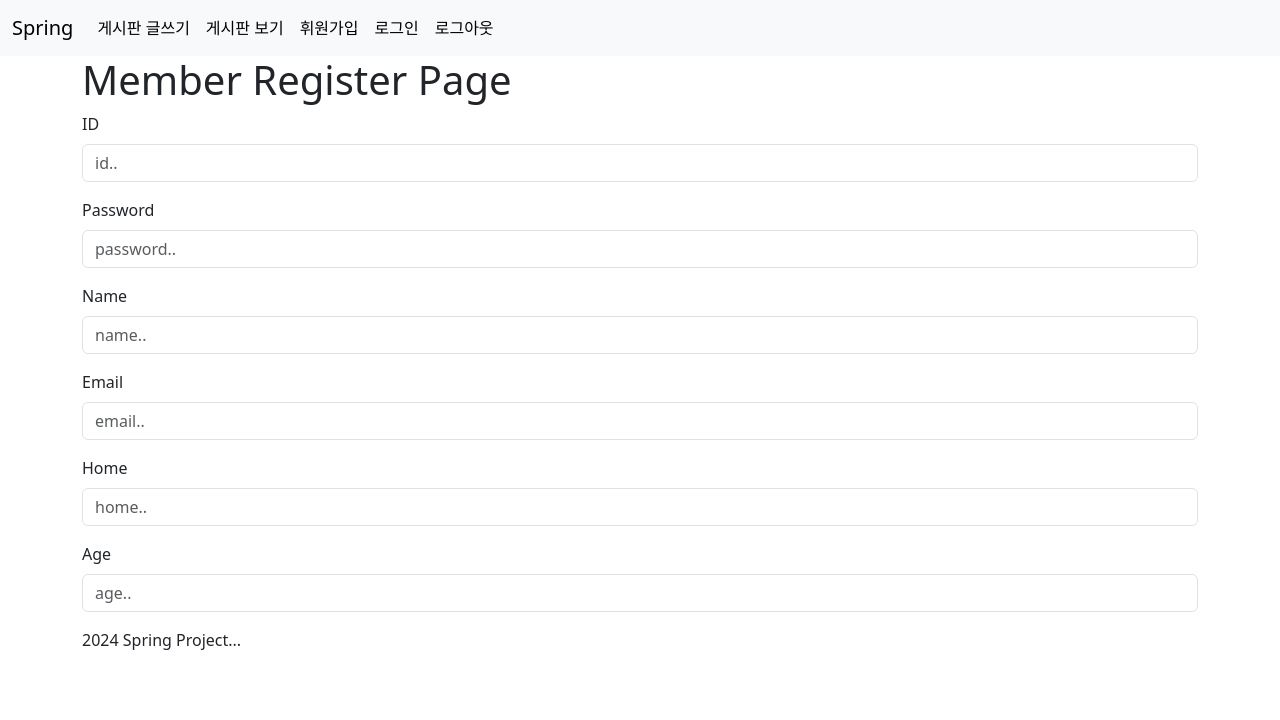
Repository: dlfhrrl12/springtest
Page: http://localhost/spring_study/WEB-INF/views/member/register.jsp
The author's editor kept a copy of each file at every save. The page is drawn from the files as they stood at one save, then again after the next save.
The browser window is 1280 px wide. The pictures show the whole page.
The page is served by Tomcat 9. Nobody is signed in. The template is opened directly, without the code that normally fills it, so the values that code supplies are empty.

Above is the page before, as saved 2024-04-25 05:53:39.

### spring_study/src/main/webapp/WEB-INF/views/member/register.jsp
<%@ page language="java" contentType="text/html; charset=UTF-8"
    pageEncoding="UTF-8"%>
<jsp:include page="../layout/header.jsp"/>
	<div class="container-md">
	<h1>Member Register Page</h1>
	<form action="" method="post">
			<div class="mb-3">
		  		<label for="i" class="form-label">ID</label>
		  		<input type="text" class="form-control" name="id" id="i" placeholder="id..">
			</div>
			<div class="mb-3">
		  		<label for="p" class="form-label">Password</label>
		  		<input type="password" class="form-control" name="pw" id="p" placeholder="password..">
			</div>
			<div class="mb-3">
		  		<label for="n" class="form-label">Name</label>
		  		<input type="text" class="form-control" name="name" id="n" placeholder="name..">
			</div>
			<div class="mb-3">
		  		<label for="e" class="form-label">Email</label>
		  		<input type="text" class="form-control" name="email" id="e" placeholder="email..">
			</div>
			<div class="mb-3">
		  		<label for="h" class="form-label">Home</label>
		  		<input type="text" class="form-control" name="home" id="h" placeholder="home..">
			</div>
			<div class="mb-3">
		  		<label for="a" class="form-label">Age</label>
		  		<input type="text" class="form-control" name="age" id="a" placeholder="age..">
			</div>

		</form>

	</div>

<jsp:include page="../layout/footer.jsp" />

### spring_study/src/main/webapp/WEB-INF/views/layout/header.jsp
<%@ page language="java" contentType="text/html; charset=UTF-8"
    pageEncoding="UTF-8"%>
<!DOCTYPE html>
<html>
<head>
<meta charset="UTF-8">
<title>header.jsp</title>
<link href="https://cdn.jsdelivr.net/npm/bootstrap@5.3.3/dist/css/bootstrap.min.css" rel="stylesheet" integrity="sha384-QWTKZyjpPEjISv5WaRU9OFeRpok6YctnYmDr5pNlyT2bRjXh0JMhjY6hW+ALEwIH" crossorigin="anonymous">
<script src="https://cdn.jsdelivr.net/npm/bootstrap@5.3.3/dist/js/bootstrap.bundle.min.js" integrity="sha384-YvpcrYf0tY3lHB60NNkmXc5s9fDVZLESaAA55NDzOxhy9GkcIdslK1eN7N6jIeHz" crossorigin="anonymous"></script>
</head>
<body>
<nav class="navbar navbar-expand-lg bg-body-tertiary">
  <div class="container-fluid">
    <a class="navbar-brand" href="#">Spring</a>
    <button class="navbar-toggler" type="button" data-bs-toggle="collapse" data-bs-target="#navbarSupportedContent" aria-controls="navbarSupportedContent" aria-expanded="false" aria-label="Toggle navigation">
      <span class="navbar-toggler-icon"></span>
    </button>
    <div class="collapse navbar-collapse" id="navbarSupportedContent">
      <ul class="navbar-nav me-auto mb-2 mb-lg-0">
        <li class="nav-item">
          <a class="nav-link active"  href="/board/register">게시판 글쓰기</a>
        </li>
        <li class="nav-item">
          <a class="nav-link active"  href="/board/list">게시판 보기</a>
        </li>
        <li class="nav-item">
          <a class="nav-link active"  href="#">휘원가입</a>
        </li>
        <li class="nav-item">
          <a class="nav-link active"  href="#">로그인</a>
        </li>
        <li class="nav-item">
          <a class="nav-link active"  href="#">로그아웃</a>
        </li>
    </div>
  </div>
</nav>

### spring_study/src/main/webapp/WEB-INF/views/layout/footer.jsp
<%@ page language="java" contentType="text/html; charset=UTF-8"
    pageEncoding="UTF-8"%>



<div class="container-md">
	2024 Spring Project...
</div>

</body>
</html>

After the next save:
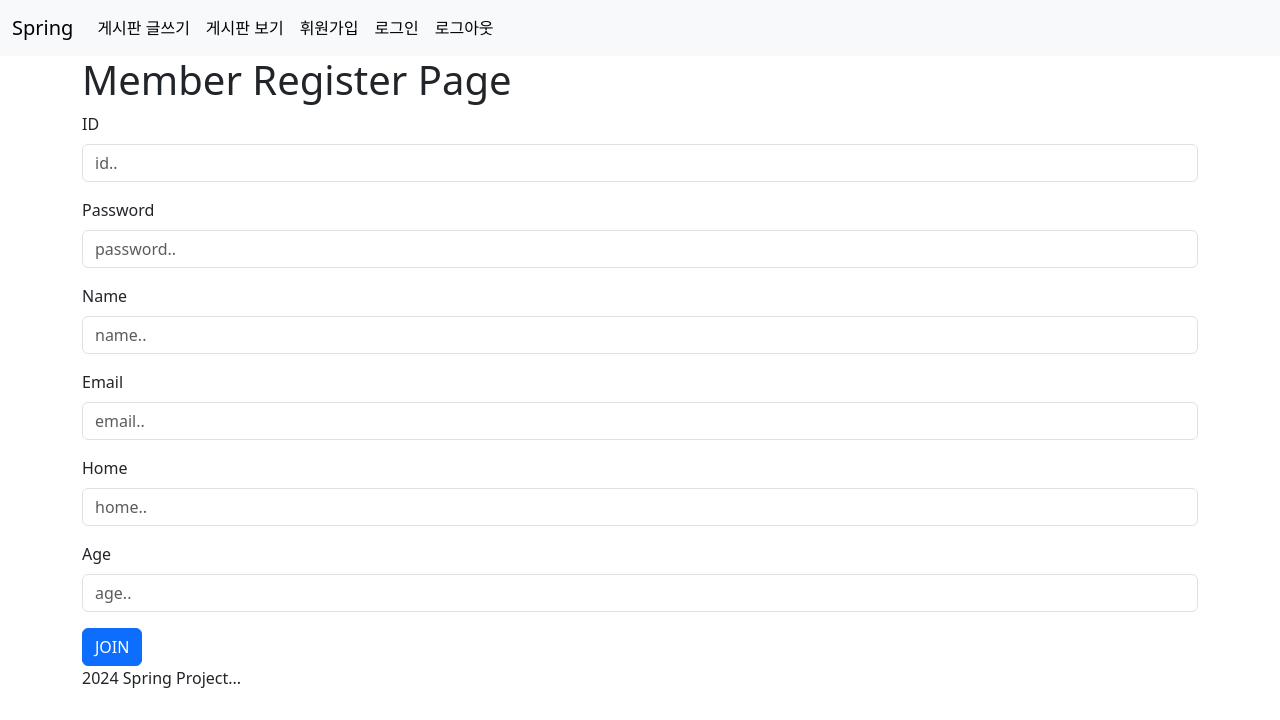
Saved 3 min 9 s later.
--- a/spring_study/src/main/webapp/WEB-INF/views/member/register.jsp
+++ b/spring_study/src/main/webapp/WEB-INF/views/member/register.jsp
@@ -29,6 +29,7 @@
 		  		<input type="text" class="form-control" name="age" id="a" placeholder="age..">
 			</div>
 
+			<button type="submit" class="btn btn-primary">JOIN</button>
 		</form>
 
 	</div>
